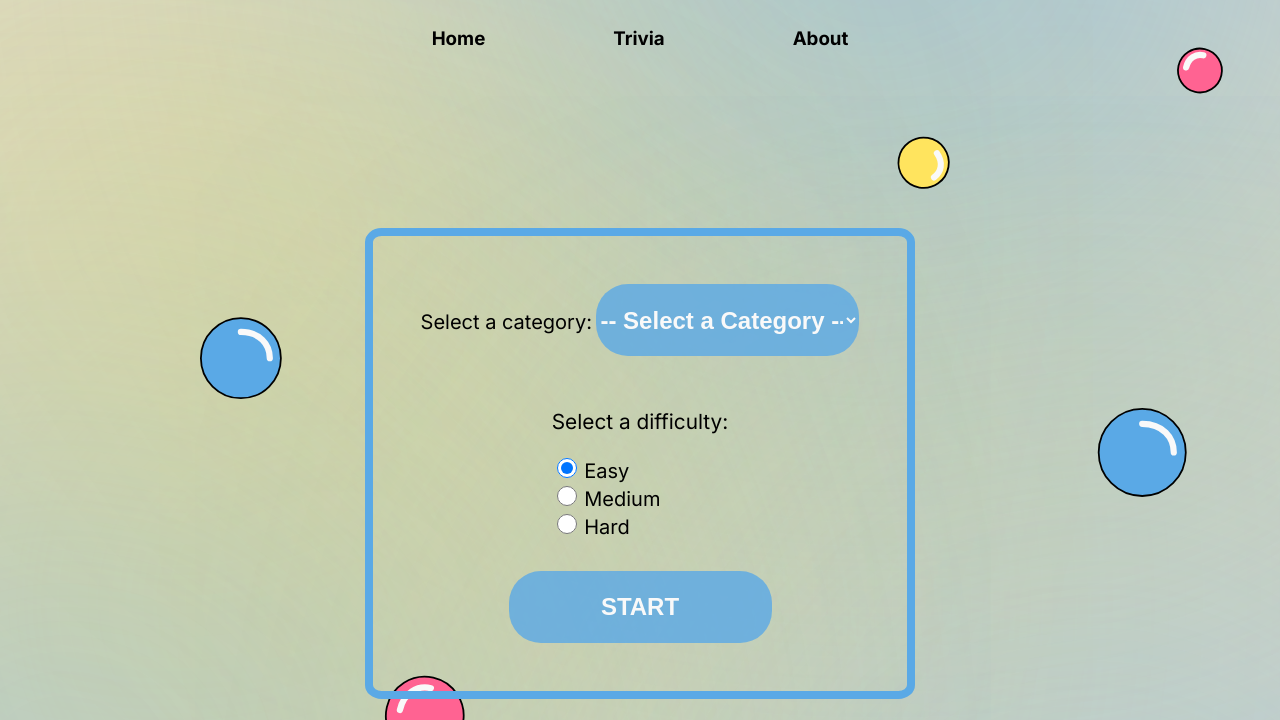
Repository: sierralaurent/SmartiePants
Page: trivia.html
An editor plug-in stored every save of this project. The page is shown before and after the next save, followed by the edit.
The browser window is 1280 px wide. The pictures show the whole page.
The page's requests for data from a server got no answer.

Above is the page before, as saved 2023-05-21 21:11:26.

After the next save:
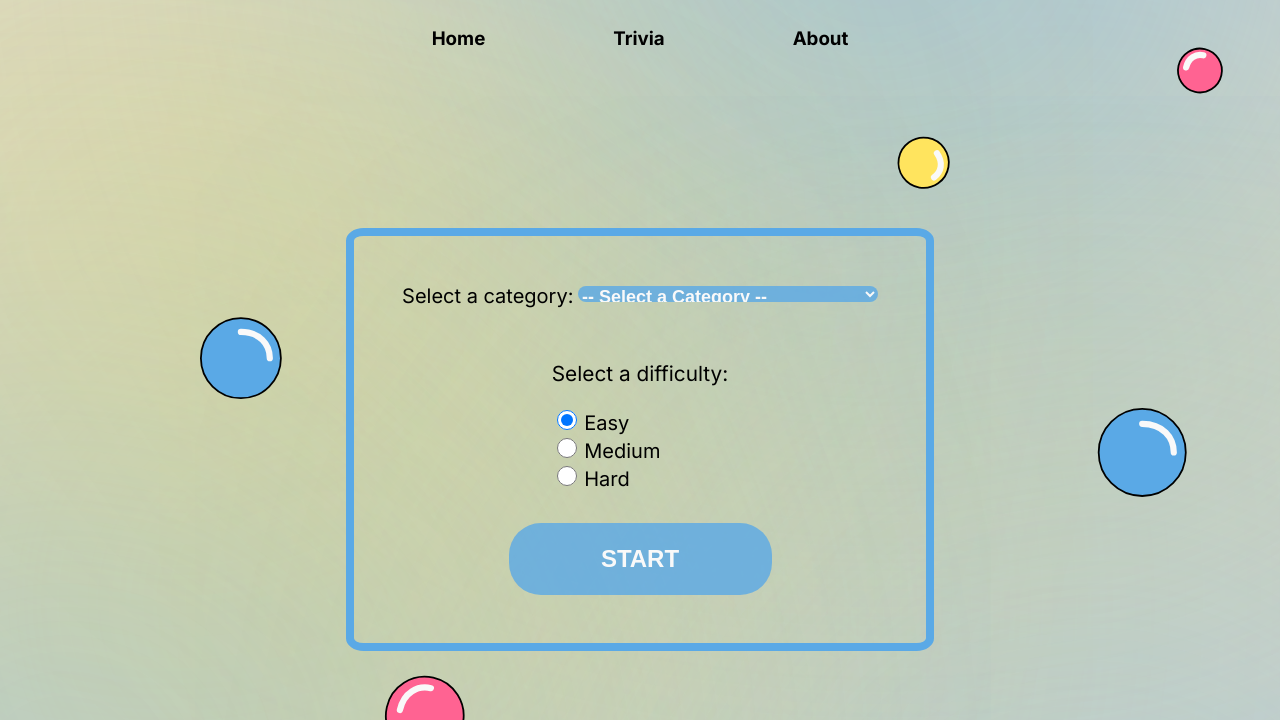
Saved 47 s later.
--- a/trivia.css
+++ b/trivia.css
@@ -233,13 +233,13 @@ gap: 2rem;
 .category {
     background-color: rgb(255, 255, 255);
     text-decoration: none;
-    width: 16.438rem;
-    height: 4.5rem;
+    width: 300px;
+    height: 1rem;
     border-radius: 2rem;
     background-color: rgba(90, 169, 230, 0.8);
     border: none;
     color: #F9F9F9;
-    font-size: 1.5rem;
+    font-size: 18px;
     font-weight: 700;
     transition: 0.2s;
 }
